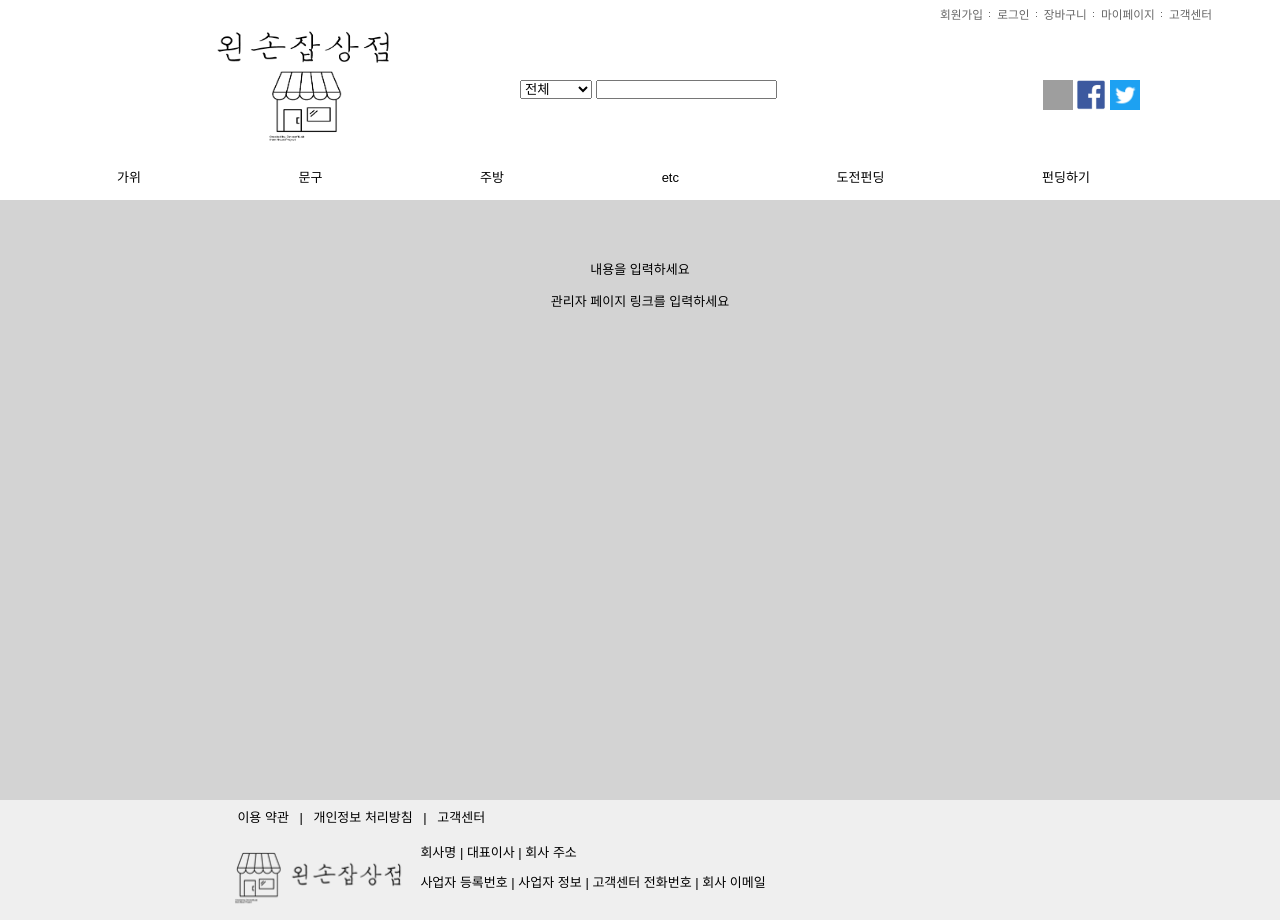
Repository: GroundPark/team6
Page: http://localhost/lefthand/index.jsp
The author's editor kept a copy of each file at every save. The page is drawn from the files as they stood at one save, then again after the next save.
The browser window is 1280 px wide. The pictures show the whole page.
Pictures or frames that could not be fetched are drawn as grey boxes. The page is served by Tomcat 9. Nobody is signed in. The application's start-up code is not run. Other server files are loaded and not shown.

Above is the page before, as saved 2021-11-20 04:36:02.

### lefthand/WebContent/index.jsp
<%@ page language="java" contentType="text/html; charset=UTF-8" pageEncoding="UTF-8"%>
<%

%>
<body>
<%@ include file="include/header.jsp" %>
<div class="maindiv">
    <br /><br /><br /><br />
    <h2 align="center">내용을 입력하세요</h2>
    <br />
	<h2 align="center"><a href="#" >관리자 페이지 링크를 입력하세요</a></h2>
	<br />
</div>
<%@ include file="include/footer.jsp" %>

### lefthand/WebContent/include/header.jsp
<%@ page language="java" contentType="text/html; charset=UTF-8" pageEncoding="UTF-8"%>
<%@ page import="product.vo.*" %>
<!DOCTYPE html PUBLIC "-//W3C//DTD HTML 4.01 Transitional//EN" "http://www.w3.org/TR/html4/loose.dtd">

<html>
<head>
<meta http-equiv="Content-Type" content="text/html; charset=UTF-8">
<title>Insert title here</title>
<link rel="stylesheet" type="text/css" href="css/reset.css" />
<link rel="stylesheet" type="text/css" href="css/base.css" />
<link rel="stylesheet" type="text/css" href="css/layout.css" />
<link rel="stylesheet" type="text/css" href="css/header.css" />
<link rel="stylesheet" type="text/css" href="css/footer.css" />
<link rel="stylesheet" type="text/css" href="css/teststyle.css" />	<!-- 박지상 테스트용 css -->
<script type="text/javascript" src=""></script>
<script type="text/javascript" src=""></script>
</head>
<body>
<!-- #header 영역 시작 -->
<div id="wrapper">
<div id="header">
	<div id="logo"><h1 class="logo"><a href="#"><img src="img/header/logo.png" alt="로고" class="logo" /></a></h1></div>
	<ul id="infoMenu">
		<li><a href="#">회원가입</a></li>
		<li><a href="#">로그인</a></li>
		<li><a href="#">장바구니</a></li>
		<li><a href="#">마이페이지</a></li>
		<li><a href="#">고객센터</a></li>
	</ul>
	<h2>검색 창</h2>
	<ul id="searchMain">
		<li><select class="hand">
			<option value="전체">전체</option>
			<option value="가위">가위</option>
			<option value="문구">문구</option>
			<option value="주방">주방</option>
			<option value="etc">etc</option>
			<option value="도전펀딩">도전펀딩</option>
			<option value="펀딩하기">펀딩하기</option>
		</select></li>
		<li><input type="text" /></li>
	</ul>
	<h2>메인 메뉴</h2>
	<ul id="navigation">
		<li><a href="pdt_list.pdt">가위</a></li>
		<li><a href="pdt_office.pdt">문구</a></li>
		<li><a href="pdt_kitchen.pdt">주방</a></li>
		<li><a href="pdt_etc.pdt">etc</a></li>
		<li><a href="#">도전펀딩</a></li>
		<li><a href="#">펀딩하기</a></li>
	</ul>
	<h2>SNS</h2>
	<ul id="sns">
		<li><a href="#"><img src="img/header/instagram.png" alt="인스타" /></a></li>
		<li><a href="#"><img src="img/header/facebook.jpg" alt="페이스북" /></a></li>
		<li><a href="#"><img src="img/header/twitter.png" alt="트위터" /></a></li>
	</ul>
</div>
<!-- div#header 영역 종료 -->

### lefthand/WebContent/include/footer.jsp
<%@ page language="java" contentType="text/html; charset=UTF-8" pageEncoding="UTF-8"%>
<!DOCTYPE html PUBLIC "-//W3C//DTD HTML 4.01 Transitional//EN" "http://www.w3.org/TR/html4/loose.dtd">

<footer>
	<!-- footerInner영역 시작 -->
	<div class="footerInner">
		<div class="corp_area">
			<ul class="corp_list">
				<li><a href="#">이용 약관</a></li> |
				<li><a href="#">개인정보 처리방침</a></li> |
				<li><a href="#">고객센터</a></li>
			</ul>
		</div>
		<div class="company_info_area">
		<img src="img/logo_long.png" width="191px" height="59px" alt="Logo" class="footerLogo"/>
			<div class="ci_area">
				<ul class="company_info">
					<li><a href="#">회사명</a></li> |
					<li><a href="#">대표이사</a></li> |
					<li><a href="#">회사 주소</a></li>
				</ul>
			</div>
		</div>
			<div class="ci_area">
			<ul class="company_info">
				<li><a href="#">사업자 등록번호</a></li> |
				<li><a href="#">사업자 정보</a></li> |
				<li><a href="#">고객센터 전화번호</a></li> |
				<li><a href="#">회사 이메일</a></li>
			</ul>
			</div>
		</div>
 	</div>
</footer>
</div>
</body>
</html>

### lefthand/WebContent/css/reset.css


body, div, span, dl, dt, dd, ul, ol, li, h1, h2, h3, h4, h5, h6, blockquote, p, address, pre, form, fieldset, input, textarea, select, table, th, td { margin:0; padding:0; }

h1, h2, h3, h4, h5, h6 { font-weight:normal; font-size:100%; }

fieldset, abbr, acronym, img { border:0 none; }

ul, ol { list-style:none; }

caption, th { font-weight:normal; text-align:left; }

address, b, em, i, strong { font-weight:normal; font-style:normal; }

ins { text-decoration:none; }
del { text-decoration:line-through; }

blockquote:before, blockquote:after, q:before, q:after { content:""; }

hr { display:none; }

### lefthand/WebContent/css/base.css
/*
base.css : 사이트 전체에 적용할 기본 설정값.
				  기본 글꼴, 배경 등 스타일로 사이트 전체에 통일성 줌
*/

.hand { cursor:pointer; }	/* cursor:pointer : .hand클래스가 있는 태그에 마우스를 올렸을 때 마우스모양이 손모양으로 바뀜 */

body {
	font-family:"돋움", Dotum, "굴림", Gulim, sans-serif;
	font-size:13px;
}

a:link { color:#4f4f4f; text-decoration:none; }
a:visited { color:#8a2e91; text-decoration:none; }
a:hover { color:#f00; text-decoration:underline; }
a:focus { color:#f00; text-decoration:underline; }
a:active { color:#f00; text-decoration:none; }

/*----------------- 해더 영역 ----------------- */

#header { position:relative; width:1200px; height:200px; margin:0 auto;  border:0px black solid; }
#header h2, legend, .banner h3, .search h3, #slogan h2, #footer h2 { display:none; }

.logo { width:230px; height:130px; }
#logo { position:absolute; top:15px; left:150px; }

#infoMenu { position:absolute; top:0; right:0; text-align:right; margin-right:25px; font-size:0.9em; padding:8px 0 7px 0; }
#infoMenu li { display:inline; padding:0 3px 0 8px; background:url("../img/header/topnavi_bar.gif") no-repeat 0 4px;}
#infoMenu li:first-child { background:none; }
/* id가 'infoMenu'인 요소내에 있는 li요소들 중 첫번째 요소의 배경이미지를 삭제 */
#infoMenu li a { color:#676767; }
#infoMenu li a:hover, #infoMenu li a:focus { color:#000 }

#searchMain { position:absolute; top:80px; left:480px; }
#searchMain li { display:inline; }

#navigation { position:absolute; top:170px; border:0px black solid; margin:0 auto;}
#navigation li { display:inline; margin:0 77px; }

#sns { position:absolute; top:80px; right:100px; }
#sns li { display:inline; }
#sns li a img { width:30px; height:30px; display:inline; }

/*----------------- 푸터 영역 ----------------- */

### lefthand/WebContent/css/layout.css


#wrapper {
	position: relative;
	width: 100%;
	min-height :100%
}



#contents {

}

### lefthand/WebContent/css/header.css
@charset "EUC-KR";
/* base용 css */

### lefthand/WebContent/css/footer.css
@charset "EUC-KR";
/* base용 css */
body {
	font-family:"돋움", Dotum, "굴림", Gulim, sans-serif; font-size:13px;
	line-height:1.2;
}

a:link { color:#000; text-decoration:none; }
a:visited { color:#000; text-decoration:none; }
a:hover { color:#000; text-decoration:underline; }
a:focous { color:#000; text-decoration:underline; }
a:active { color:#000; text-decoration:none; }


/* layout용 css */
footer {
	width:100%; height:120px; margin:0 auto; background:#efefef; position:absolute;
	bottom: 0;
}

/* ---------- footer 영역 ---------- */
/*
확인용 border:1px solid black;
아래는 원본?
.footerInner { width:1200px; height:120px; position:absolute;  }
.corp_area { padding-top:10px; padding-left:125px; }
.corp_list { padding-left:155px; }
.corp_area ul { text-align:left; }
.corp_area li { display:inline-block; padding:0 7px 0 7px; }
.footerLogo { position:absolute; top:50px; padding-left:280px; }
.company_info_area { overflow:hidden; margin-bottom:10px; padding-top:10px;  }
.company_info_area > div:nth-of-type(1) { padding:9px 0 5px 0; }
.company_info { overflow:hidden; margin: 0 0 0 470px;}
.company_info ul { text-align:left;}
.company_info li { display:inline-block;  }
*/
.footerInner { width:1200px; height:120px; position:absolute;
			left:43%; transform: translate(-50%);
}
.corp_area { padding-top:10px; padding-left:125px; }
.corp_list { padding-left:155px; }
.corp_area ul { text-align:left; }
.corp_area li { display:inline-block; padding:0 7px 0 7px; }
.footerLogo { position:absolute; top:50px; padding-left:280px; }
.company_info_area { overflow:hidden; margin-bottom:10px; padding-top:10px;  }
.company_info_area > div:nth-of-type(1) { padding:9px 0 5px 0; }
.company_info { overflow:hidden; margin: 0 0 0 470px;}
.company_info ul { text-align:left;}
.company_info li { display:inline-block;  }

### lefthand/WebContent/css/teststyle.css
@charset "UTF-8";

.maindiv{
	height: 100%;	width:100%;
	background-color:#d3d3d3;
}


.pdt_contents {
	width:80%; height:600px;  margin: 0 auto;
	background-color:#bbbbbb;

}

After the next save:
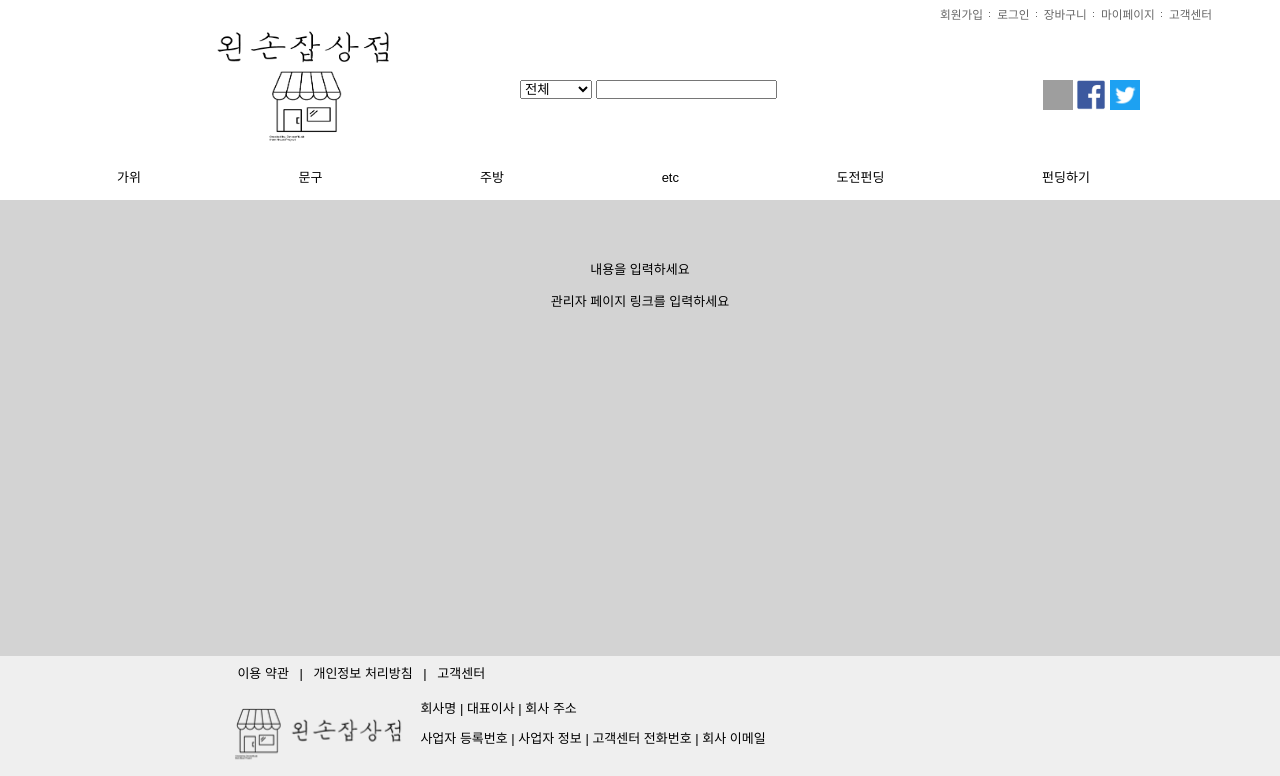
Saved 71 s later.
--- a/lefthand/WebContent/css/teststyle.css
+++ b/lefthand/WebContent/css/teststyle.css
@@ -1,7 +1,7 @@
 @charset "UTF-8";
 
 .maindiv{
-	height: 100%;	width:100%;
+	height: 80%;	width:100%;
 	background-color:#d3d3d3;
 }
 

After the save that followed:
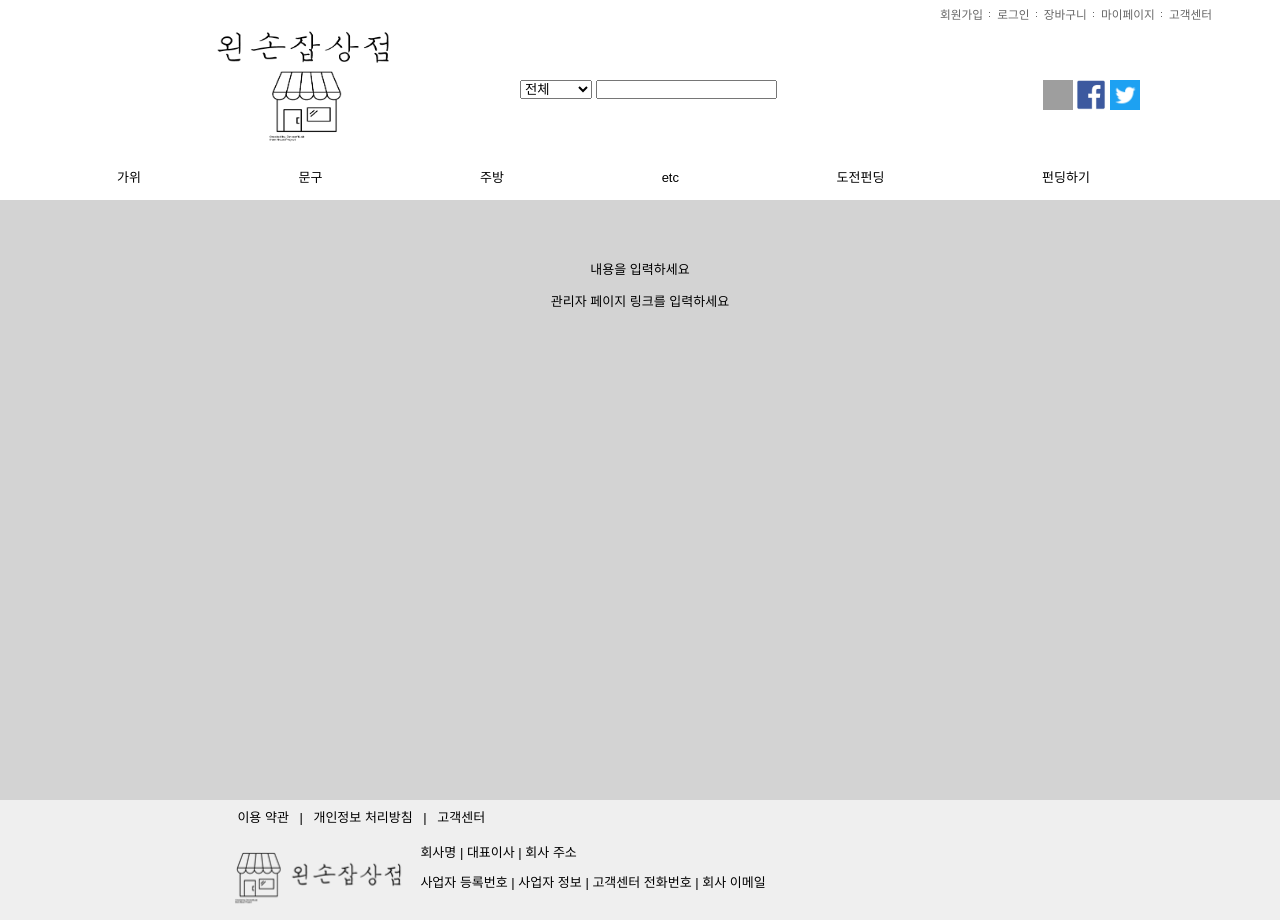
Saved 28 s later.
--- a/lefthand/WebContent/css/teststyle.css
+++ b/lefthand/WebContent/css/teststyle.css
@@ -1,7 +1,7 @@
 @charset "UTF-8";
 
 .maindiv{
-	height: 80%;	width:100%;
+	height: 100%;	width:100%;
 	background-color:#d3d3d3;
 }
 
